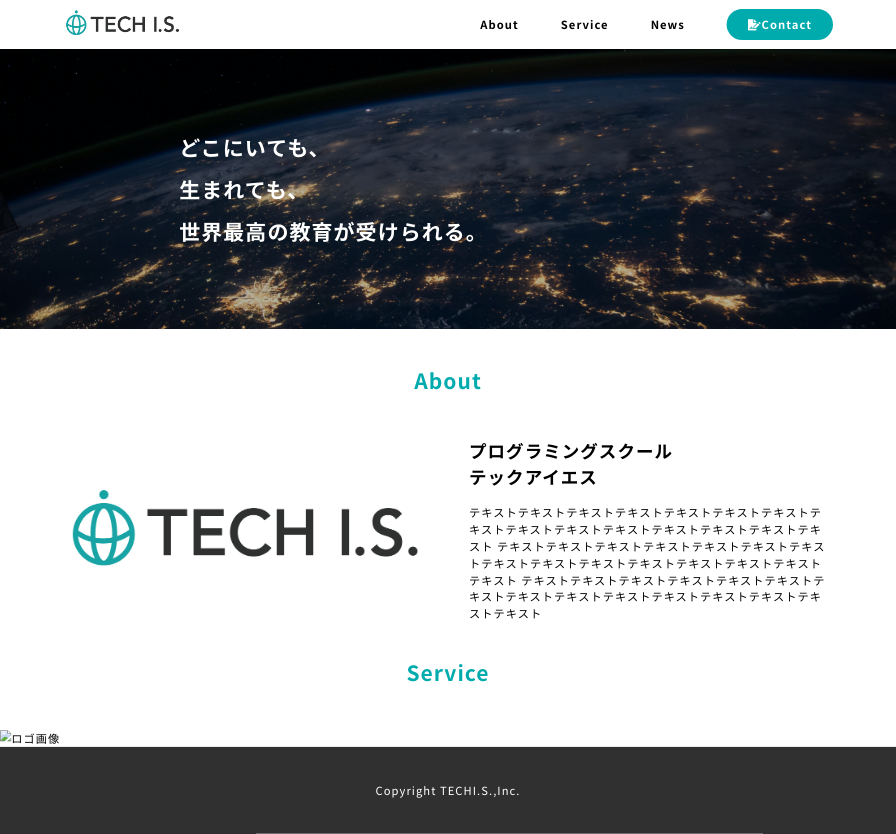
Repository: ryunoesta/lp-techis
Page: indx.html
An editor plug-in stored every save of this project. The page is shown before and after a run of saves, followed by the edit.
The browser window is 1280 px wide. The pictures show the whole page, at 70% of full size.

Above is the page before, as saved 2022-06-15 22:30:33.

### indx.html
<!DOCTYPE html>
<html lang="ja">
<head>
    <meta charset="UTF-8">
    <meta http-equiv="X-UA-Compatible" content="IE=edge">
    <meta name="viewport" content="width=device-width, initial-scale=1.0">
    <!-- reset css -->
    <link rel="stylesheet" href="./CSS/reset.css">
    <!-- style css -->
    <link rel="stylesheet" href="./CSS/style.css">
    <!-- fontawesome -->
    <link rel="stylesheet" href="https://use.fontawesome.com/releases/v5.15.1/css/all.css">
    <title>プログラミングスクール テックアイエス</title>
</head>
<body>
    <!-- header -->
    <header class="header">
        <h1 class="logo">
            <img src="./img/logo.png" alt="ロゴ画像">
        </h1>
        <ul class="menu-pc">
            <li><a href="#">About</a></li>
            <li><a href="#">Service</a></li>
            <li><a href="#">News</a></li>
            <!-- リンク先追加 -->
            <li><a href="contact"><i class="fas fa-file-signature"></i>Contact</a></li>
        </ul>
    </header>

    <!-- main -->
    <main>
        <!-- fv -->
        <section class="front-fv">
            <img src="./img/top1.png" alt="ファーストビュー">
            <h2>どこにいても、
                <br>
                生まれても、
                <br>
                世界最高の教育が受けられる。
            </h2>
        </section>

        <!-- about -->
        <section class="front-about">
            <h2 class="front-common__title">
                About
            </h2>
            <ul class="front-about__list">
                <li class="front-about__item"><img src="./img/logo.png" alt="ロゴ画像"></li>
                <li class="front-about__item">
                    <div class="front-about_txt">
                        <h3>
                            プログラミングスクール
                            <br>
                            テックアイエス
                        </h3>
                        <p>テキストテキストテキストテキストテキストテキストテキストテキストテキストテキストテキストテキストテキストテキストテキスト テキストテキストテキストテキストテキストテキストテキストテキストテキストテキストテキストテキストテキストテキストテキスト テキストテキストテキストテキストテキストテキストテキストテキストテキストテキストテキストテキストテキストテキストテキスト</p>
                    </div>
                </li>
            </ul>
        </section>

        <!-- service -->
        <section class="front-service">
            <h2 class="front-common__title">
                Service
            </h2>
            <ul class="front-service__list">
                <li class="front-service__item"><img src="" alt="ロゴ画像"></li>
                <li class="front-service__item"></li>
                <li class="front-service__item"></li>
            </ul>
        </section>




    </main>


    <!-- footer -->
    <footer class="footer"> <!-- footerはブロックレベル要素 -->
        <p>
            <small>Copyright TECHI.S.,Inc.</small>
        </p>
    </footer>
</body>
</html>

### CSS/reset.css
*, *::before, *::after {
    box-sizing: border-box;
}
html, body, div, span, applet, object, iframe, h1, h2, h3, h4, h5, h6, p, blockquote, pre, a,
abbr, acronym, address, big, cite, code, del, dfn, em, font, ins, kbd, q, s, samp, small, strike,
strong, sub, sup, tt, var, dl, dt, dd, ol, ul, li, fieldset, form, label, legend, table,
caption, tbody, tfoot, thead, tr, th, td {
    border: 0;
    font-size: 100%;
    font-weight: inherit;
    margin: 0;
    outline: 0;
    padding: 0;
    vertical-align: baseline;
}
body {
    width: 100%;
    height: 100%;
    margin: 0 auto;
    letter-spacing: 1.5px;
    line-height: 1.5;
}
img {
    width: 100%;
    height: 100%;
    top: 0;
    left: 0;
    object-fit: cover;
}
a {
    color: black;
    text-decoration: none;
}
ol, ul {
    list-style: none;
}
table {
    border-collapse: separate;
    border-spacing: 0;
}

### CSS/style.css
/* フォントの設定 */
@import url('https://fonts.googleapis.com/css2?family=Noto+Sans+JP&display=swap');
html, body {
    font-size: 16px;
    font-family: 'Noto Sans JP', sans-serif;
}

/* header */
.header {
    display: flex;
    align-items: center;
    justify-content: space-between;
    max-width: 1100px;
    height: 70px;
    margin: auto;
}

.logo img {
    width: 170px;
    height: auto;
}

.menu-pc {
    display: flex;
    align-items: center;
}

.menu-pc li {
    margin: 0 30px;
}

.menu-pc a {
    font-weight: bold;
}

.menu-pc li:last-child {
    margin-right: 0;
}

.menu-pc li:last-child a {
    display: block;
    color: #fff;
    background: #00abae;
    padding: 10px 30px;
    border-radius: 50px;
}

/* footer */
.footer {
    padding: 50px;  /* paddingにautoはない */
    background: #303030;
}

.footer p {
    color: #fff;
    text-align: center;
}

/* fv */
.front-fv {
    position: relative;
    height: 400px;
}

.front-fv h2 {
    position: absolute;
    top: 50%;
    -webkit-transform: translateY(-50%);
    -moz-transform: translateY(-50%);
    -ms-transform: translateY(-50%);
    -o-transform: translateY(-50%);
    transform: translateY(-50%);
    left: 20%;
    color: #fff;
    font-size: 30px;
    font-weight: bold;
    line-height: 2;
}

/* common */
.front-common__title {
    position: relative;
    font-size: 30px;
    font-weight: bold;
    color: #00abae;
    text-align: center;
    margin-bottom: 50px;
    padding-bottom: 10px;
}

/* about */
.front-about {
    max-width: 1100px;
    margin: 50px auto;
}

.front-about__list {
    display: flex;
    align-items: center;
    justify-content:center;
}

.front-about__item {
    width: 50%;
}

.front-about__item h3 {
    font-size: 25px;
    font-weight: bold;
}

.front-about__item p {
    margin-top: 20px;
}

.front-about__item:first-child{
    margin-right: 30px;
}

.front-about__item:last-child{
    margin-left: 30px;
}

After the next 3 saves:
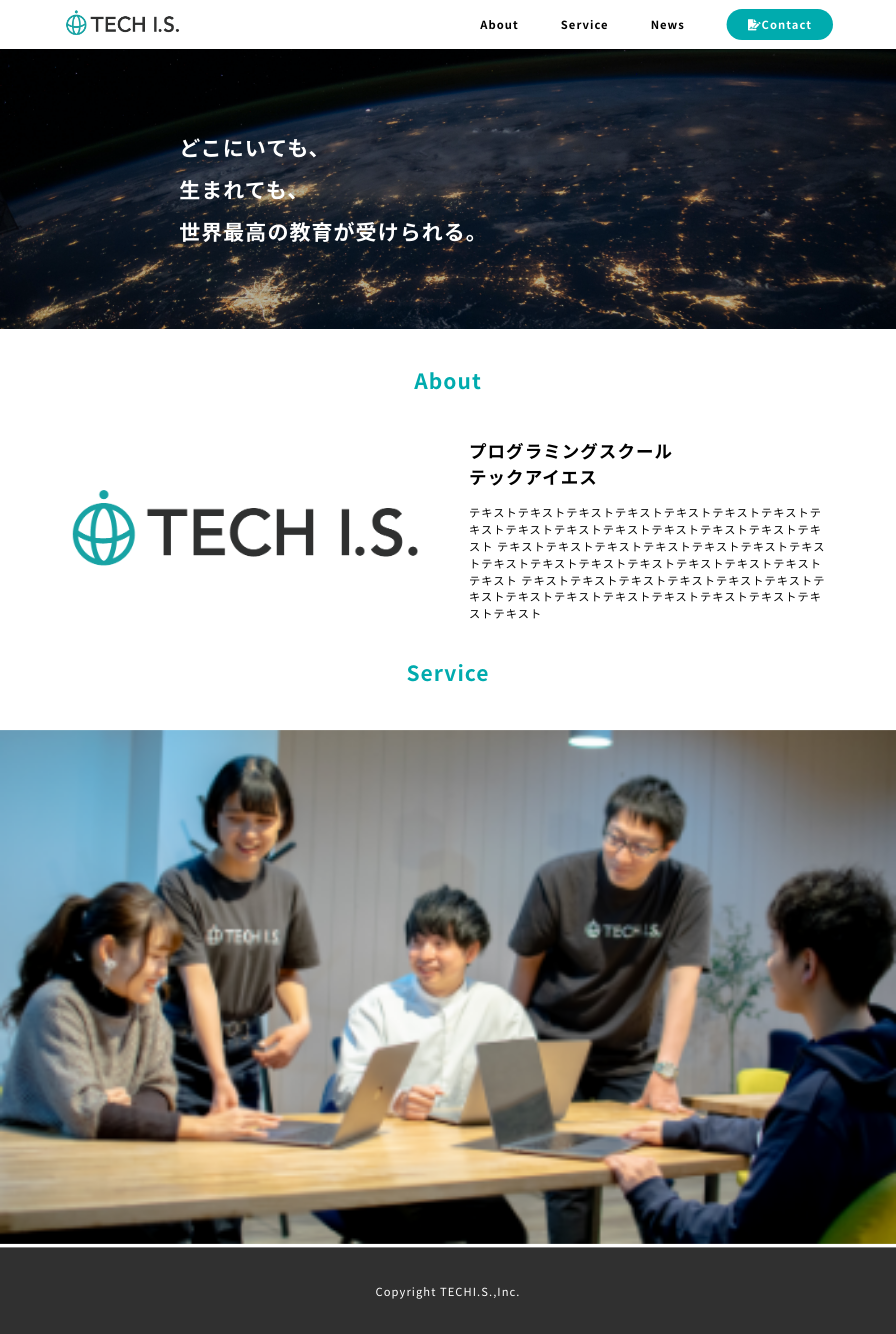
The 3 saves are shown as one change because they came seconds apart.
The last was saved 11 s later.
--- a/indx.html
+++ b/indx.html
@@ -66,7 +66,7 @@
                 Service
             </h2>
             <ul class="front-service__list">
-                <li class="front-service__item"><img src="" alt="ロゴ画像"></li>
+                <li class="front-service__item"><img src="./img/service1.png" alt="ロゴ画像"></li>
                 <li class="front-service__item"></li>
                 <li class="front-service__item"></li>
             </ul>
